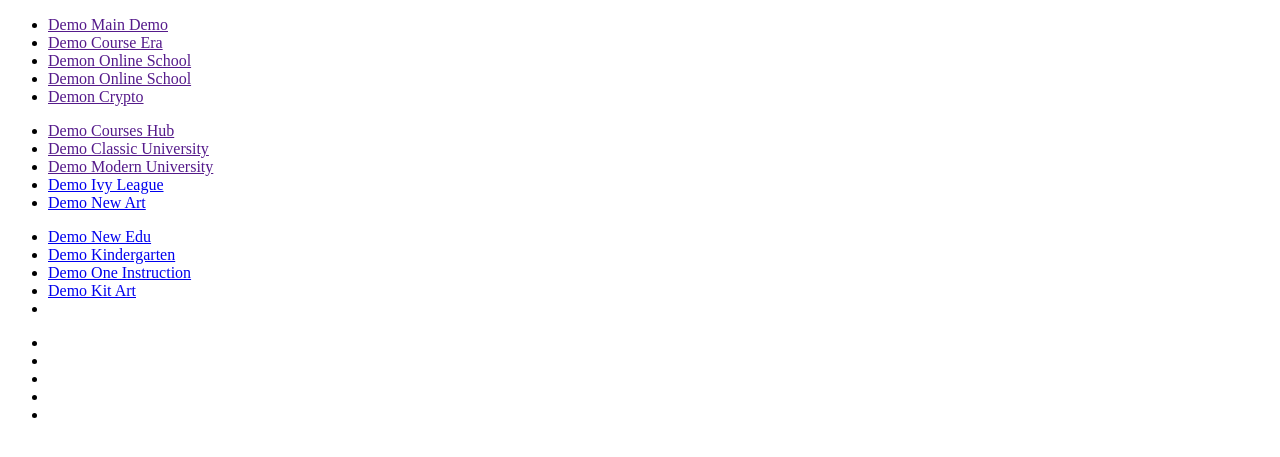
Repository: ibrkhalil/EduWebsite
Page: test.html
These files come from the project's save history. The page is drawn as it stood at one moment and after the next save; the edit follows.
The browser window is 1280 px wide. The pictures show the whole page.

Above is the page before, as saved 2020-11-18 15:05:59.

After the next save:
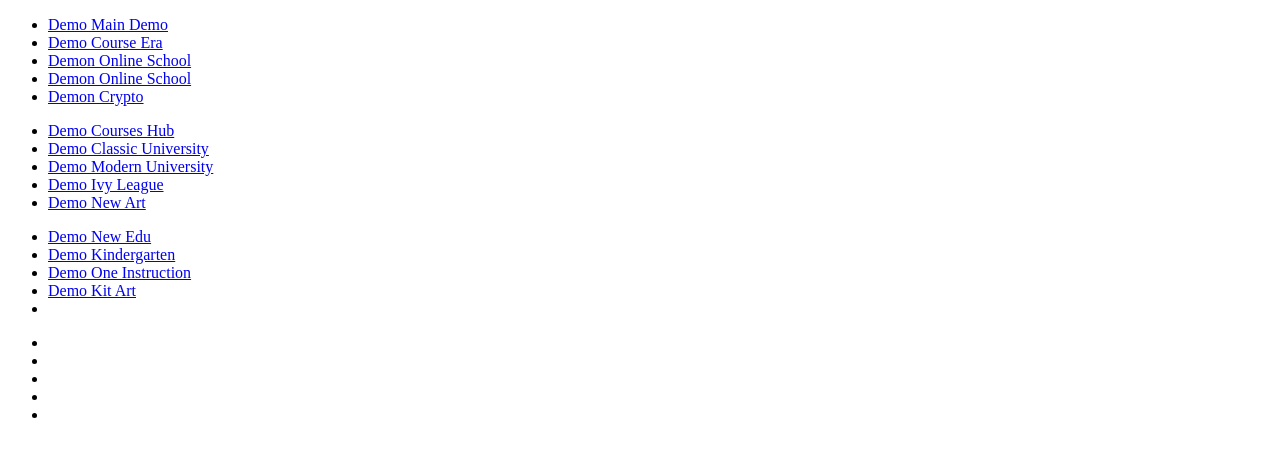
Saved 7 s later.
--- a/test.html
+++ b/test.html
@@ -7,16 +7,16 @@
 </head>
 <body>
     <ul>
-        <li><a href="">Demo Main Demo</a></li>
-        <li><a href="">Demo Course Era</a></li>
-        <li><a href="">Demon Online School</a></li>
-        <li><a href="">Demon Online School</a></li>
-        <li><a href="">Demon Crypto</a></li>
+        <li><a href="#">Demo Main Demo</a></li>
+        <li><a href="#">Demo Course Era</a></li>
+        <li><a href="#">Demon Online School</a></li>
+        <li><a href="#">Demon Online School</a></li>
+        <li><a href="#">Demon Crypto</a></li>
     </ul>
     <ul>
-        <li><a href="">Demo Courses Hub</a></li>
-        <li><a href="">Demo Classic University</a></li>
-        <li><a href="">Demo Modern University</a></li>
+        <li><a href="#">Demo Courses Hub</a></li>
+        <li><a href="#">Demo Classic University</a></li>
+        <li><a href="#">Demo Modern University</a></li>
         <li><a href="#">Demo Ivy League</a></li>
         <li><a href="#">Demo New Art</a></li>
     </ul>
